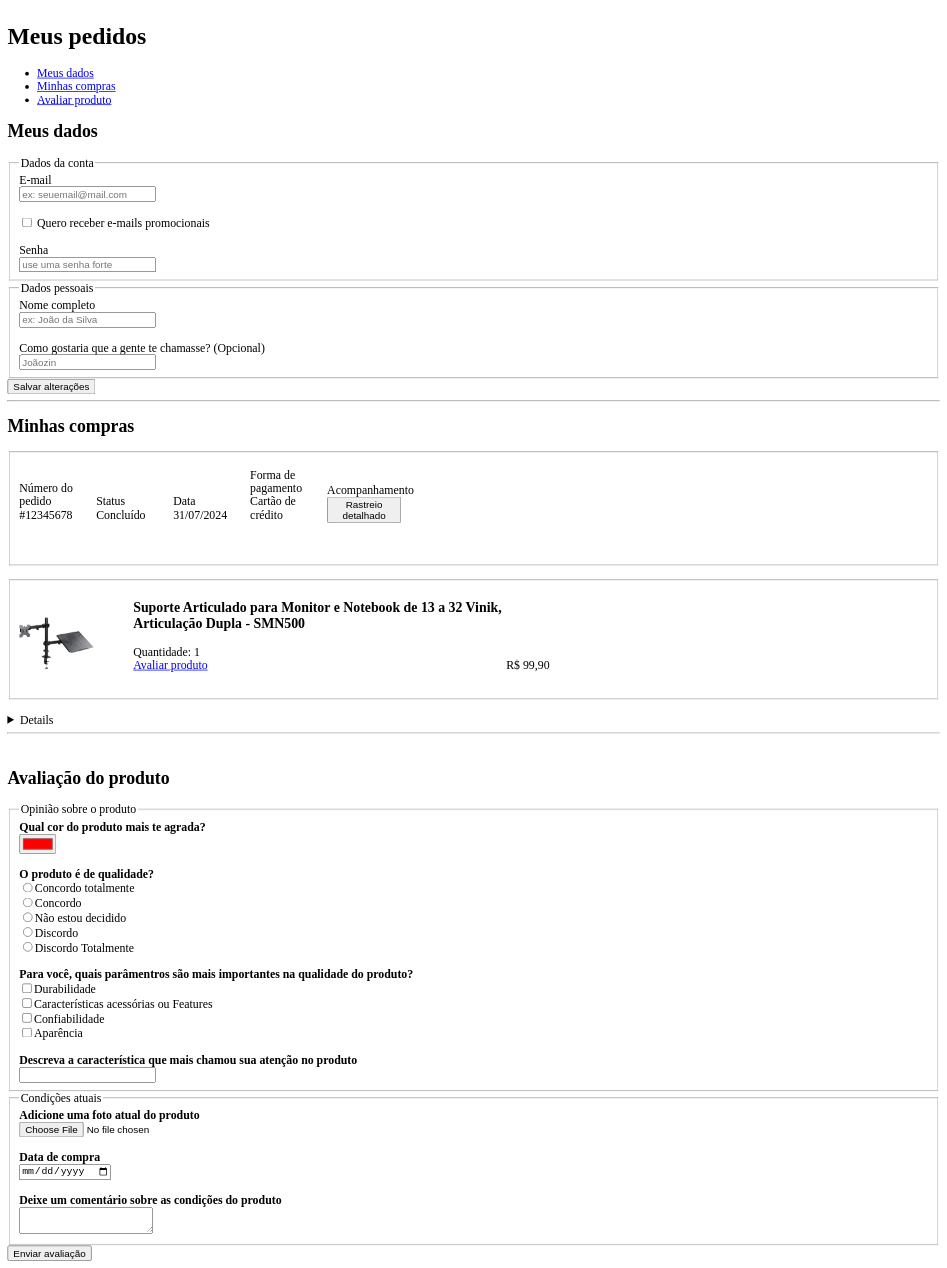
Repository: claudemir-camargo/site-compras
Page: index.html
An editor plug-in stored every save of this project. The page is shown before and after the next save, followed by the edit.
The browser window is 1280 px wide. The pictures show the whole page, at 74% of full size.

Above is the page before, as saved 2024-03-04 00:52:02.

### index.html
<!DOCTYPE html>
<html lang="en">

<head>
    <meta charset="UTF-8">
    <meta name="viewport" content="width=device-width, initial-scale=1.0">
    <link rel="stylesheet" type="text/css" href="css/style.css" />
    <title>Site de Compras</title>
</head>

<body>
    <h1>Meus pedidos</h1>
    <ul>
        <li><a href="#meus-dados">Meus dados</a></li>
        <li><a href="#minhas-compras">Minhas compras</a></li>
        <li><a href="#avaliacao-produto">Avaliar produto</a></li>
    </ul>
    <h2 id="meus-dados">Meus dados</h2>
    <!-- Conta -->
    <fieldset>
        <legend>Dados da conta</legend>
        <form>
            <label>E-mail</label><br>
            <input type="email" id="email" name="email" placeholder="ex: seuemail@mail.com"><br><br>
            <input type="checkbox">
            <label>Quero receber e-mails promocionais</label><br><br>
            <label>Senha</label><br>
            <input type="password" placeholder="use uma senha forte">
        </form>
    </fieldset>
    <!-- Pessoais -->
    <fieldset>
        <legend>Dados pessoais</legend>
        <form>
            <label>Nome completo</label><br>
            <input type="text" placeholder="ex: João da Silva"><br><br>
            <label>Como gostaria que a gente te chamasse? (Opcional) </label><br>
            <input type="text" placeholder="Joãozin">
        </form>
    </fieldset>
    <button type="button">Salvar alterações</button>
    <hr>
    <!-- Minhas compras -->
    <h2 id="minhas-compras">Minhas compras</h2>
    <fieldset>
        <div id="div1">
            <p>Número do pedido<br>#12345678</p>
        </div>
        <div id="div2">
            <p>Status<br>Concluído</p>
        </div>
        <div id="div3">
            <p>Data<br>31/07/2024</p>
        </div>
        <div id="div4">
            <p>Forma de pagamento<br>Cartão de crédito</p>
        </div>
        <div id="div5">
            <p>Acompanhamento<br><a href="#rastreioModal"><button>Rastreio detalhado</button></a></p>
        </div>
    </fieldset>
    <div id="rastreioModal" class="modal">
        <h2>Rastreio detalhado</h2>
        <p>Seu pedido foi entregue com sucesso!<br>
            Entregue por: GFL<br>
            Código de rasteeio: 123456789<br>
            Entregue em: 31/07/2024<br>
        </p>
        <a href="#">Fechar</a>
    </div>

    <!-- Produto -->
    <br>
    <fieldset>
        <div class="imagem"><img src="img/suporte.jpg" alt="Suporte"></div>
        <div class="produto">
            <h3>
                <p>Suporte Articulado para Monitor e Notebook de 13 a 32 Vinik,
                    Articulação Dupla - SMN500</p>
            </h3>
            Quantidade: 1<br>
            <a href="#avaliacao-produto">Avaliar produto</a><br>
        </div>
        R$ 99,90
    </fieldset>
    <br>
    <details tag="Detalhes de Envio e Pagamento">
        <p></p>
        <strong>Endereço de entrega</strong><br>
        Avenida Estelita Falcão<br>
        Número 12, Centro<br>
        CEP 48170-970 - Itapetininga/São Paulo
        <br><br>
        <strong>Forma de Pagamento</strong><br>
        Cartão de crédito<br>
        Master Card **** **** **** 1234<br>
        Titular: Claudemir Camargo
        <br><br>
        <strong>Frete</strong>
        R$ 15,50<br>
        Enviado por GFL<br>
        Entregue
    </details>
    <hr>
    <br>
    <form>
        <h2 id="avaliacao-produto">Avaliação do produto</h2>
        <fieldset>
            <legend>Opinião sobre o produto</legend>
            <label><strong>Qual cor do produto mais te agrada?</strong></label><br>
            <input type="color" value="#ff0000"><br><br>
            <label><strong>O produto é de qualidade?</strong></label><br>
            <input type="radio" name="qualidade"><label>Concordo totalmente</label><br>
            <input type="radio" name="qualidade"><label>Concordo</label><br>
            <input type="radio" name="qualidade"><label>Não estou decidido</label><br>
            <input type="radio" name="qualidade"><label></label>Discordo</label><br>
            <input type="radio" name="qualidade"><label></label>Discordo Totalmente</label>
            <br><br>
            <label><strong>Para você, quais parâmentros são mais importantes na qualidade do
                    produto?</strong></label><br>
            <input type="checkbox"><label>Durabilidade</label><br>
            <input type="checkbox"><label>Características acessórias ou Features</label><br>
            <input type="checkbox"><label>Confiabilidade</label><br>
            <input type="checkbox"><label>Aparência</label>
            <br><br>
            <label><strong>Descreva a característica que mais chamou sua atenção no produto</strong></label><br>
            <input list="browsers" name="browser" id="browser">
            <datalist id="browsers">
                <option value="Cor">
                <option value="Tamanho">
                <option value="Peso">
                <option value="Material">
            </datalist>
        </fieldset>
        <fieldset>
            <legend>Condições atuais</legend>
            <label><strong>Adicione uma foto atual do produto</strong></label><br>
            <input type="file">
            <br><br>
            <label><strong>Data de compra</strong></label><br>
            <input type="date">
            <br><br>
            <label><strong>Deixe um comentário sobre as condições do produto</strong></label><br>
            <textarea name="comentario"></textarea>
        </fieldset>
        <button type="button">Enviar avaliação</button>
    </form>
</body>

</html>

### css/style.css
img {
    height: 70px;
    width: 100px;
}

body{
    margin: 5px;
    padding: 5px;
}

#div1, #div2, #div3, #div4, #div5 {
    width: 100px;
    height: 100px;
    display: inline-block;
}

.imagem {
    width: 150px;
    height: 100px;
    display: inline-block;
}

.produto {
    width: 500px;
    height: 100px;
    display: inline-block;
}

.modal {
    display: none;
    position: fixed;
    top: 50%;
    left: 50%;
    transform: translate(-50%, -50%);
    background-color: #f9f9f9;
    padding: 20px;
    border: 1px solid #ccc;
    box-shadow: 0 2px 10px rgba(0, 0, 0, 0.1);
    z-index: 1000;
}

.modal:target {
    display: block;
}

After the next save:
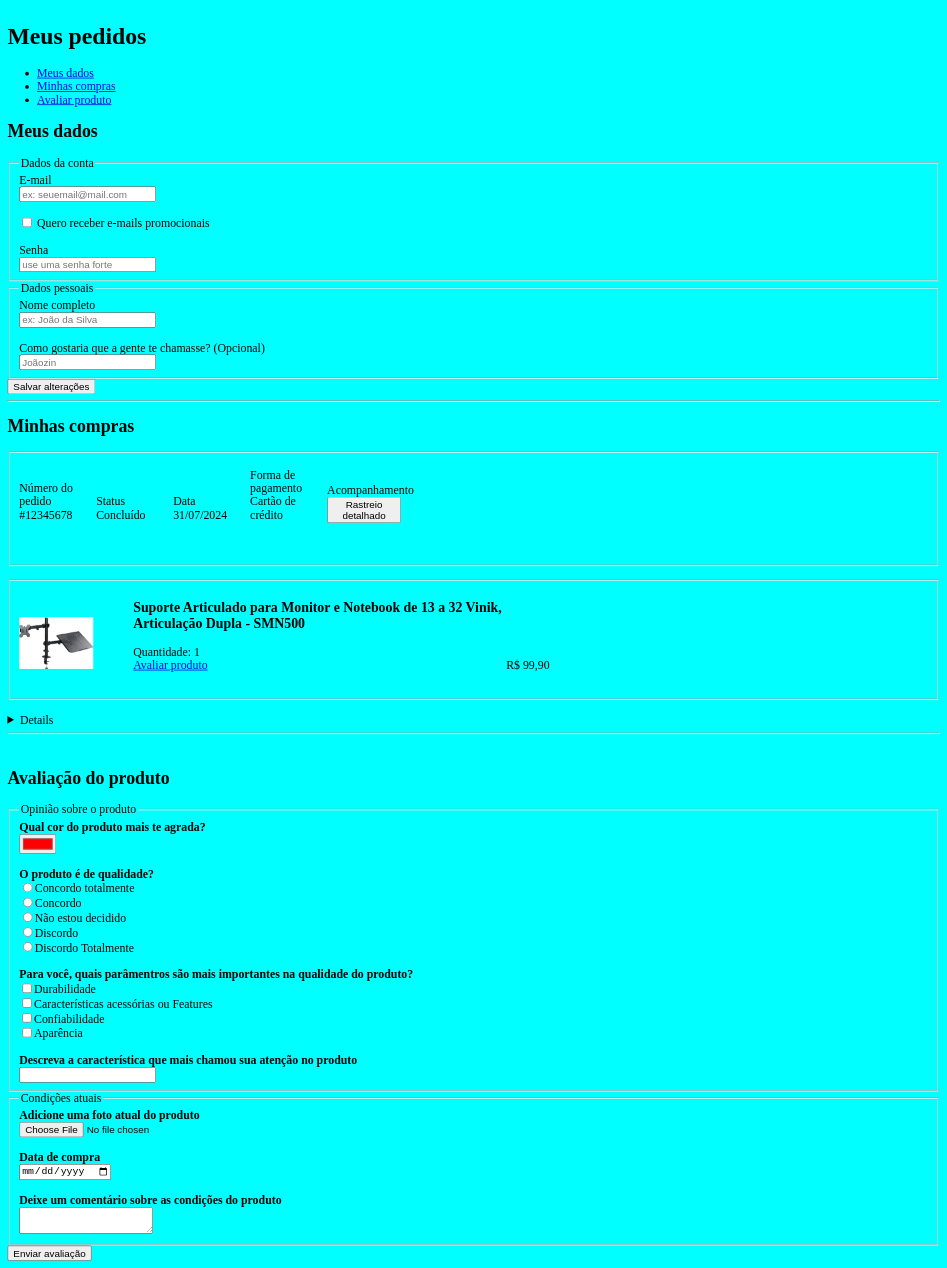
Saved 117 s later.
--- a/css/style.css
+++ b/css/style.css
@@ -6,6 +6,7 @@ img {
 body{
     margin: 5px;
     padding: 5px;
+    background-color:aqua
 }
 
 #div1, #div2, #div3, #div4, #div5 {
